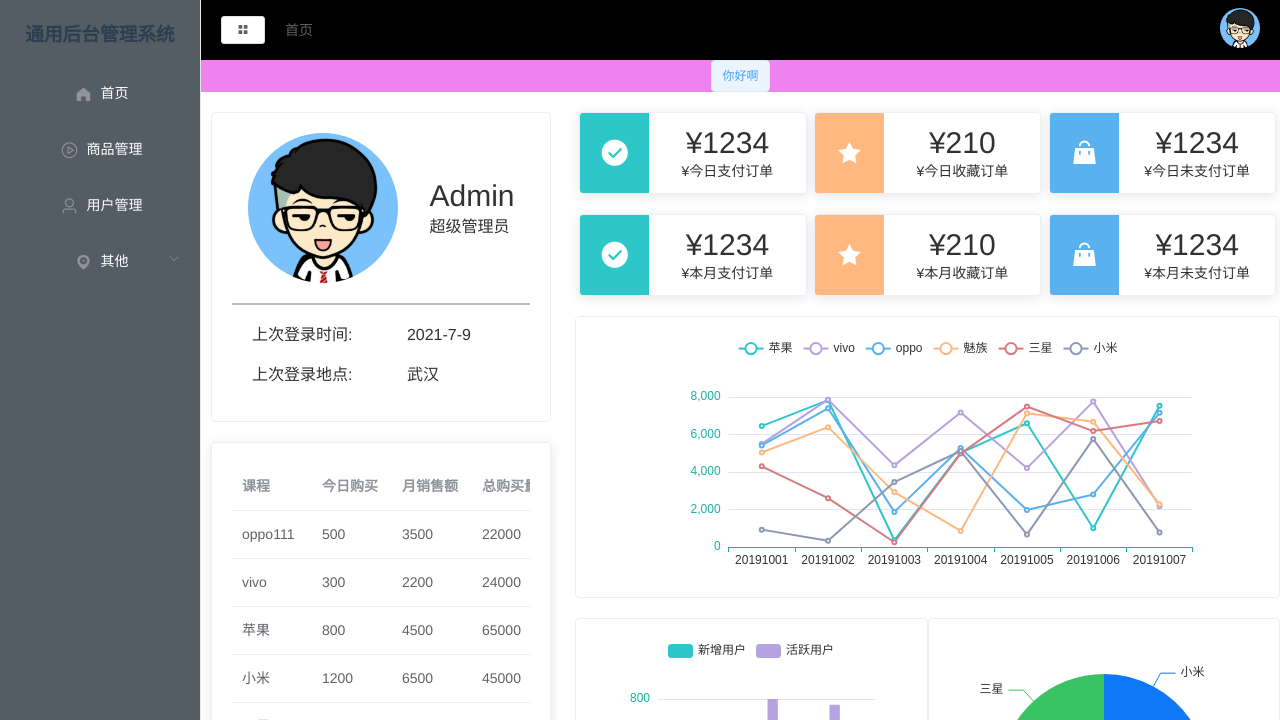
Repository: 385841539/VueStudy
Page: / (app in vue_cli/)
These files come from the project's save history. The page is drawn as it stood at one moment and after the next save; the edit follows.
The browser window is 1280 px wide. The pictures show the whole page.
An inner scrolling area shows only its first screen. The project was rebuilt for these pictures with package versions that can differ from the ones it lists, and the page was loaded fresh each time. Also part of the build but not shown: vue_cli/vue.config.js.

Above is the page before, as saved 2022-01-14 16:35:02.

After the next save:
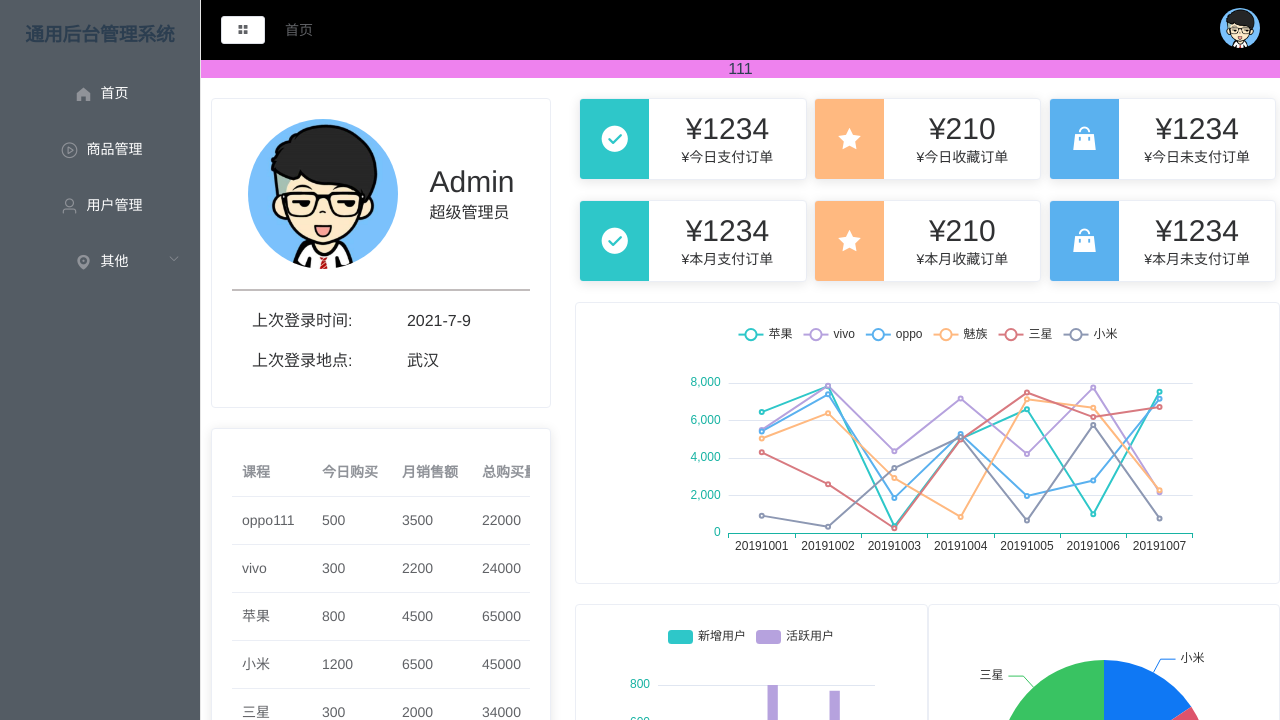
Saved 3 min 27 s later.
--- a/vue_cli/src/views/Main.vue
+++ b/vue_cli/src/views/Main.vue
@@ -8,7 +8,6 @@
         <CommonHeader></CommonHeader>
       </el-header>
       <CommonTag></CommonTag>
-
       <el-main>
         <router-view></router-view>
       </el-main>
--- a/vue_cli/src/components/CommonTag.vue
+++ b/vue_cli/src/components/CommonTag.vue
@@ -1,6 +1,7 @@
 <template>
   <div class="tabs">
-    <el-tag>你好啊</el-tag>
+      111
+    <!-- <el-tag>你好啊</el-tag> -->
   </div>
 </template>
 
